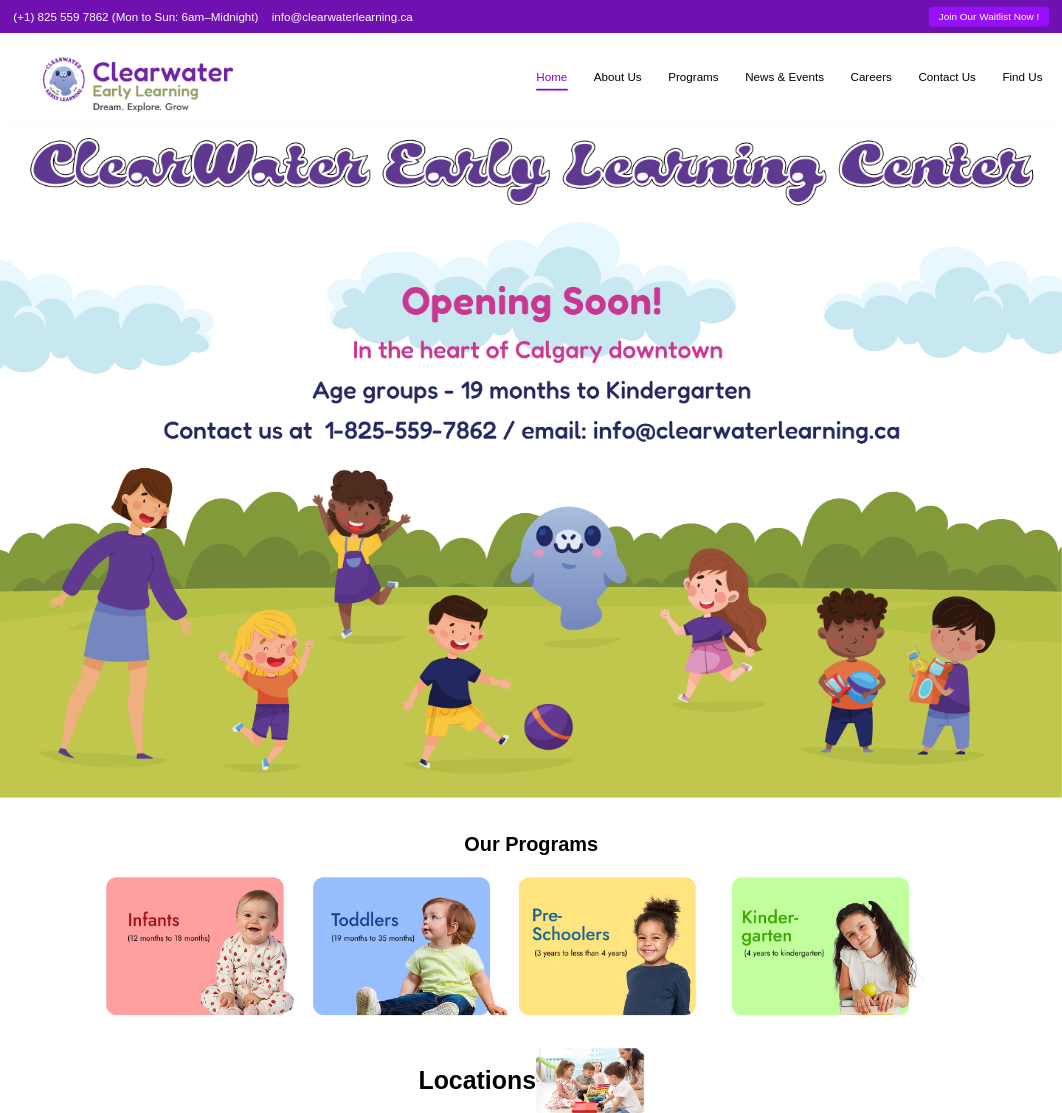
Repository: harshikabodekar/Daycare-Site
Page: /
The author's editor kept a copy of each file at every save. The page is drawn from the files as they stood at one save, then again after the next save.
The browser window is 1280 px wide. The pictures show the whole page, at 83% of full size.
The project was rebuilt for these pictures with package versions that can differ from the ones it lists, and the page was loaded fresh each time. The framework's server and built-in components were replaced by stand-ins that run in the browser. Also part of the build but not shown: next.config.mjs.

Above is the page before, as saved 2025-06-23 11:39:38.

### app/page.js
import Navbar from "@/components/home/Navbar";
import Herosection from "@/components/home/Herosection";
import Program from "@/components/home/Program";
import Location from"@/components/home/Location";

export default function Home() {
  return (
    <div className="bg-gray-50">
      <Navbar />
      <Herosection />
      <Program />
      <Location/>
    </div>
  );
}

### components/home/Navbar.jsx
import React from 'react';

export default function Navbar() {
  return (
    <div className="w-full shadow-md">
      {/* Top Contact Bar */}
      <div className="bg-purple-800 text-white text-sm flex justify-between items-center px-4 py-2">
        <div className="flex items-center space-x-4">
          <div className="flex items-center justify-center space-x-1">
            <span>(+1) 825 559 7862 (Mon to Sun: 6am–Midnight)</span>
          </div>
          <div className="flex items-center justify-center space-x-1">
            <span>info@clearwaterlearning.ca</span>
          </div>
        </div>
        <div className="flex items-center space-x-2">
          <button className="bg-purple-600 hover:bg-purple-700 text-white text-xs px-3 py-1 rounded">
            Join Our Waitlist Now !
          </button>
        </div>
      </div>

      {/* Logo and Nav */}
      <div className="bg-white flex justify-between items-center px-6 py-4">
        <div className="flex items-center space-x-2">
          <img src="/logo.jpg" alt="Clearwater Logo" className="h-20 w-auto" />
        </div>
        <div className="flex space-x-8 font-medium text-sm text-black">
          <a href="#" className="text-purple-700 border-b-2 border-purple-700 pb-1">Home</a>
          <a href="#" className="hover:text-purple-600">About Us</a>
          <a href="#" className="hover:text-purple-600">Programs</a>
          <a href="#" className="hover:text-purple-600">News & Events</a>
          <a href="#" className="hover:text-purple-600">Careers</a>
          <a href="#" className="hover:text-purple-600">Contact Us</a>
          <a href="#" className="hover:text-purple-600">Find Us</a>
        </div>
      </div>
    </div>
  );
}

### components/home/Herosection.jsx
import Image from "next/image";

export default function Herosection() {
  return (
    <div className="w-full relative">
      <Image
        src="/bg.jpg"
        alt="Background"
        width={1920}
        height={1080}
        className="w-full h-auto object-contain"
        priority
      />
    </div>
  );
}

### components/home/Program.jsx
import Image from "next/image";

export default function Program() {
  return (
    <div className="bg-white text-black flex flex-col items-center justify-center py-10">
      <h2 className="text-2xl font-bold mb-6">Our Programs</h2>
      <div className="relative w-full max-w-5xl">
        <Image
          src="/program.jpg"
          alt="Our Program"
          width={1100}
          height={950}
          className="w-full h-auto object-contain"
          priority
        />
      </div>
    </div>
  );
}

### components/home/Location.jsx
import Image from "next/image";
export default function Location(){
    return(
        <div className=" bg-white text-black flex items-center justify-center">
            <div className=" text-black text-3xl font-bold">
                Locations
            </div>
             <Image
                    src="/loc1.jpg"
                    alt="Background"
                    width={130}
                    height={130}
                    className="w- h-auto object-contain"
                    priority
                  />

        </div>
    )
}

Loaded but not shown: app/layout.js (common file); app/globals.css (common file)

After the next save:
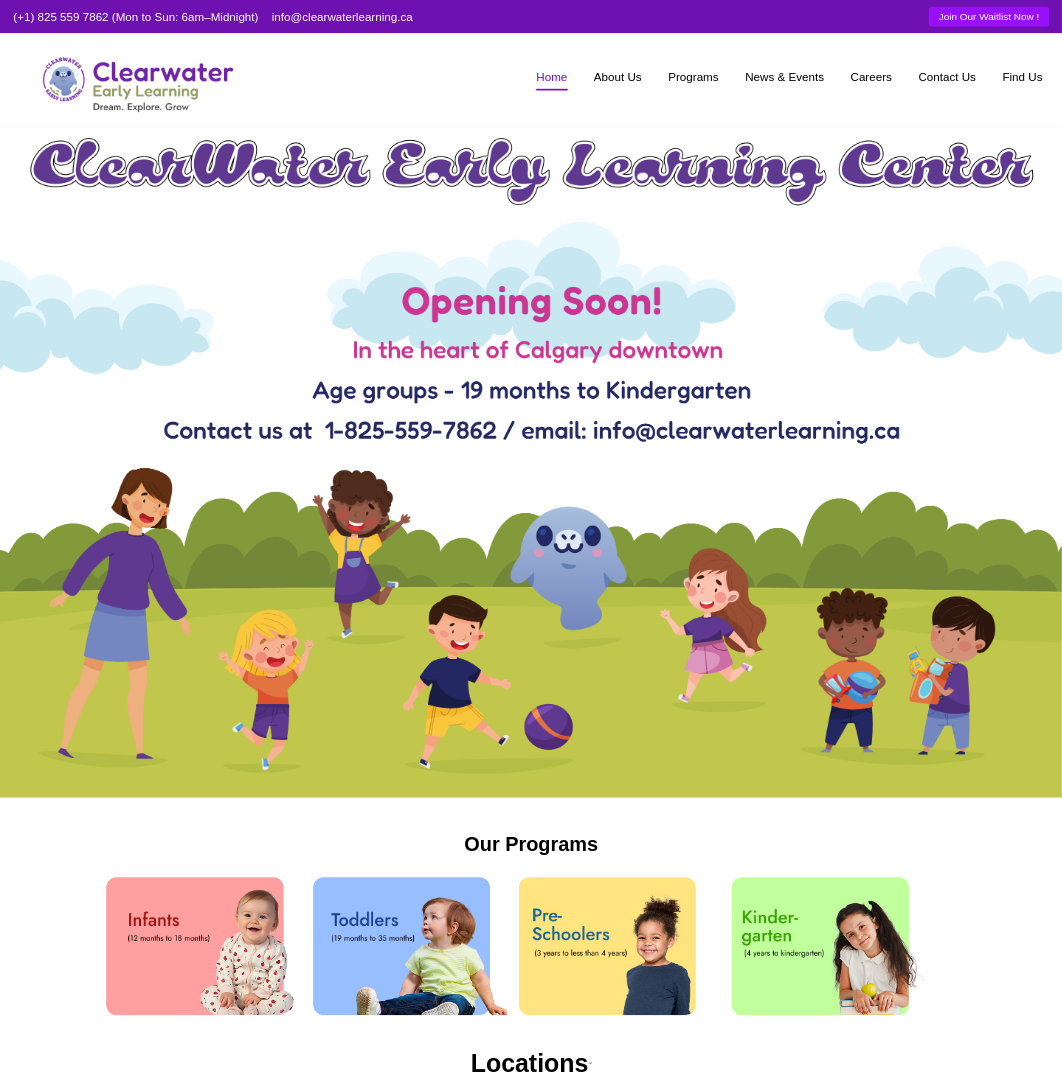
Saved 8 s later.
--- a/components/home/Location.jsx
+++ b/components/home/Location.jsx
@@ -10,7 +10,7 @@
                     alt="Background"
                     width={130}
                     height={130}
-                    className="w- h-auto object-contain"
+                    className="w-1 h-auto object-contain"
                     priority
                   />
 

After the 4 saves that followed:
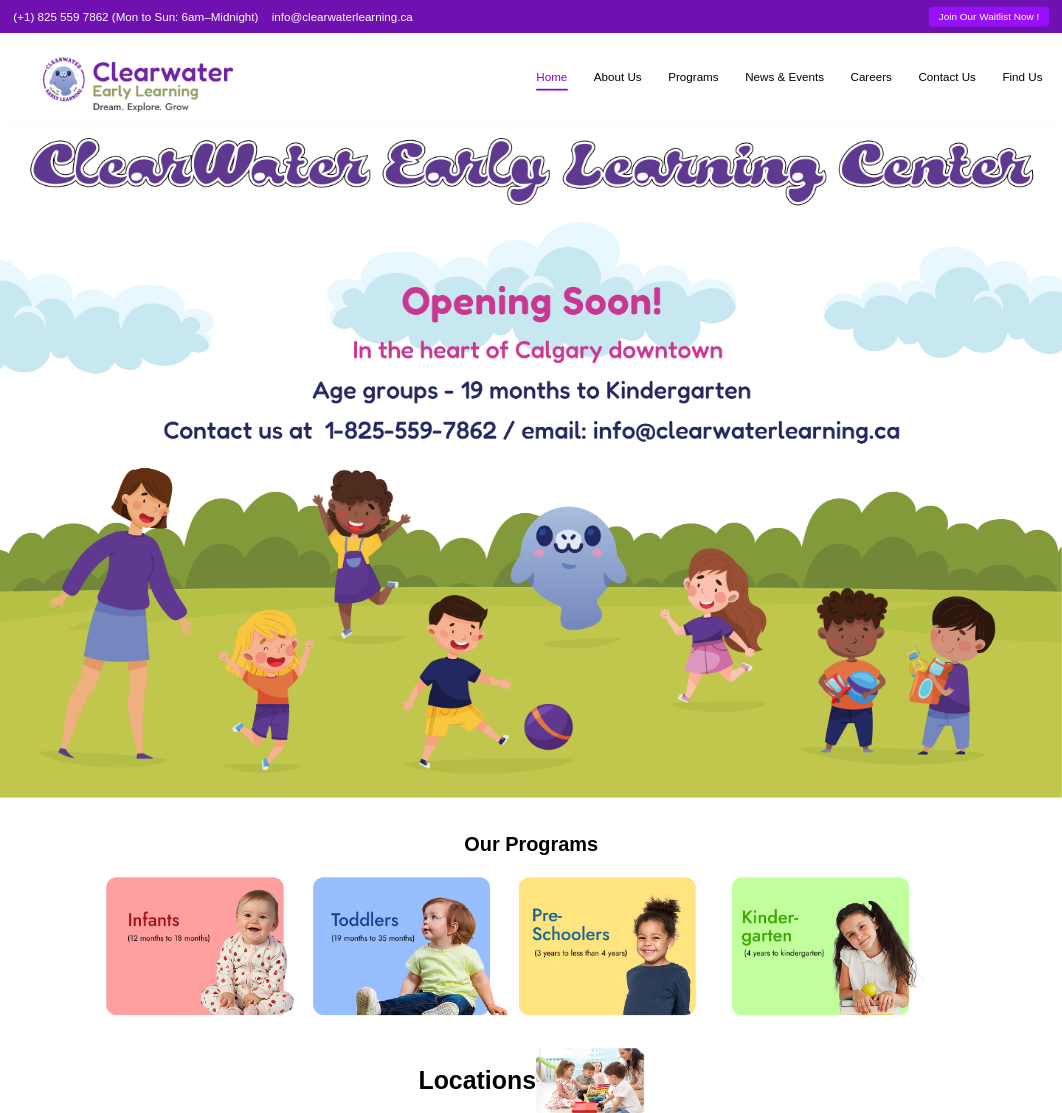
The 4 saves are shown as one change because 1 left the picture as it was and some came seconds apart.
The last was saved 31 s later.
--- a/components/home/Location.jsx
+++ b/components/home/Location.jsx
@@ -10,7 +10,7 @@
                     alt="Background"
                     width={130}
                     height={130}
-                    className="w-1 h-auto object-contain"
+                    className="w--1/2 h-auto object-cover"
                     priority
                   />
 
